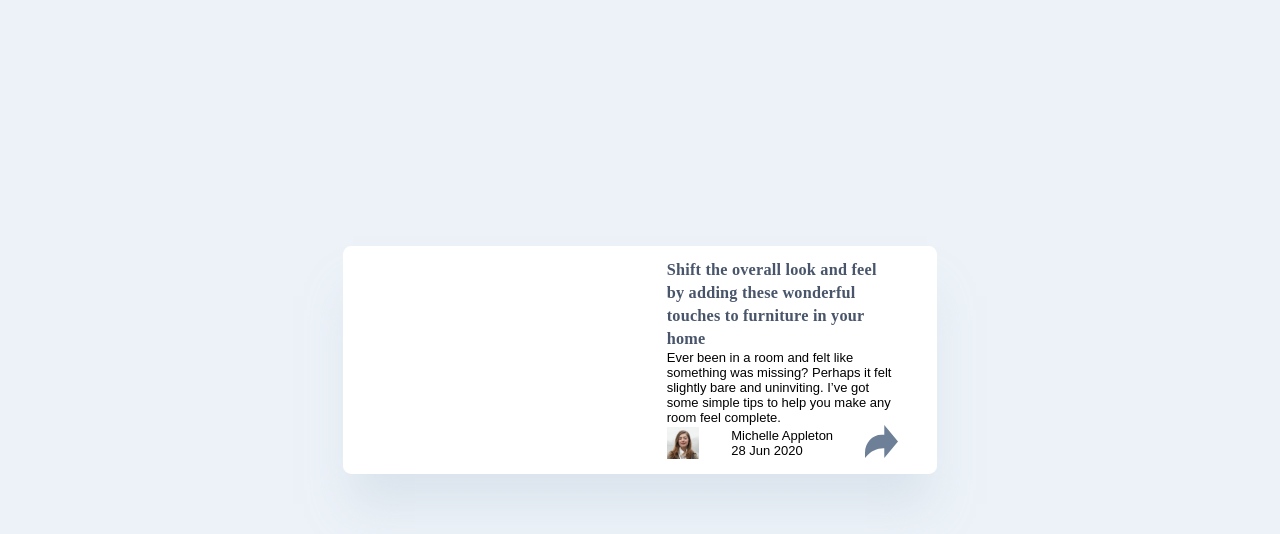
Repository: brandontaylor1/article-preview-component
Page: index.html
The author's editor kept a copy of each file at every save. The page is drawn from the files as they stood at one save, then again after the next save.
The browser window is 1280 px wide. The pictures show the whole page.

Above is the page before, as saved 2025-01-13 21:55:17.

After the next save:
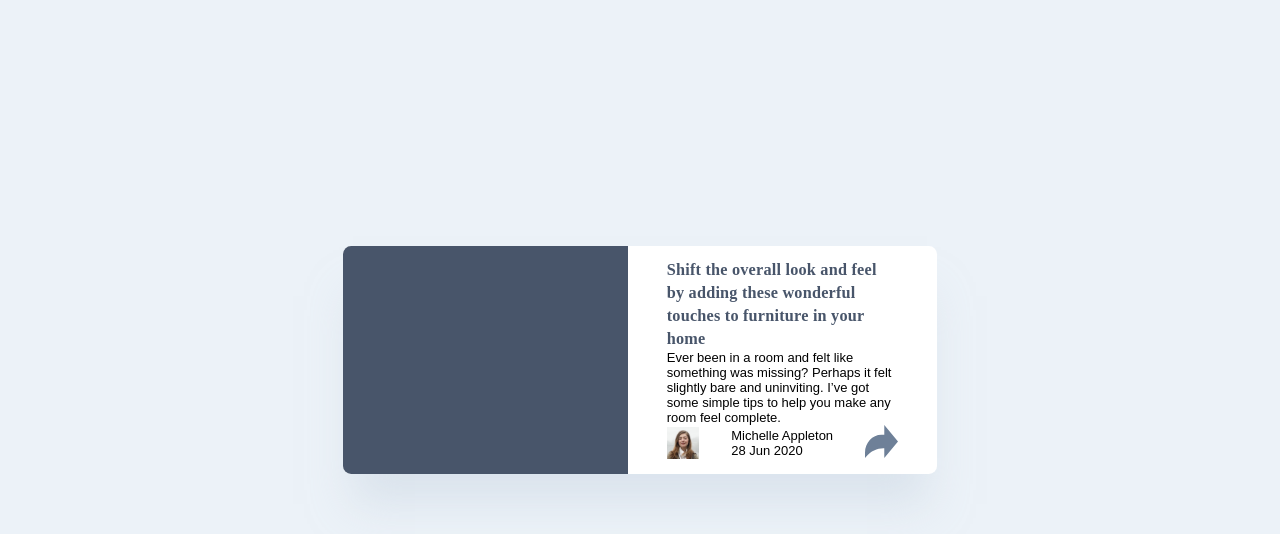
Saved 12 s later.
--- a/styles.css
+++ b/styles.css
@@ -43,6 +43,12 @@ body {
 
 .img-container {
     width: 21.87rem;
+    height: 100%;
+    display: flex;
+    justify-content: center;
+    align-items: center;
+    background: #48556A;
+
 }
 
 .img-container img {
